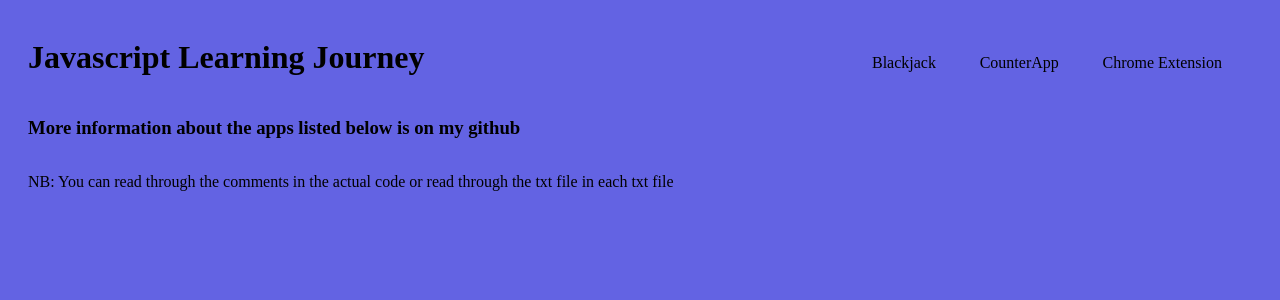
Repository: Siphamandla201/Javascript-Journey
Page: index.html
An editor plug-in stored every save of this project. The page is shown before and after a run of saves, followed by the edit.
The browser window is 1280 px wide. The pictures show the whole page.

Above is the page before, as saved 2023-07-27 16:26:06.

### index.html
<!DOCTYPE html>
<html lang="en">
<head>
    <meta charset="UTF-8">
    <meta name="viewport" content="width=device-width, initial-scale=1.0">
    <link rel="stylesheet" href="style.css">
    <title>Document</title>
</head>
<body>
    <div>
        <h1>
            Javascript Learning Journey
        </h1>
        <ul class="game-links">
            <li><a href="./Blackjack/Blackjack.html">Blackjack</a></li>
            <li><a href="./CounterApp/Counter.html">CounterApp</a></li>
            <li><a href="./Extension/Index.html">Chrome Extension</a></li>
        </ul>
    </div>
    <h3>
        More information about the apps listed below is on my github
    </h3>
    <p>NB: You can read through the comments in the actual code or read through the txt file in each txt file</p>
</body>
</html>

### style.css
body {
    display: flex;
    flex-direction: column;
    padding: 20px;
    padding-top: 10px;
    padding-right: 50px;
    background: rgb(99, 99, 227);
}

div {
    display: flex;
    justify-content: space-between;
}

.game-links {
    display: flex;
    list-style: none;
    justify-content: space-between;
    padding: 0%;
    padding-top: 20px;
    width: 350px;
}

li > a {
    text-decoration: none;
    color: black;
}


li > a:hover {
    text-decoration: none;
    color: rgb(22, 76, 24);
}

After the next 2 saves:
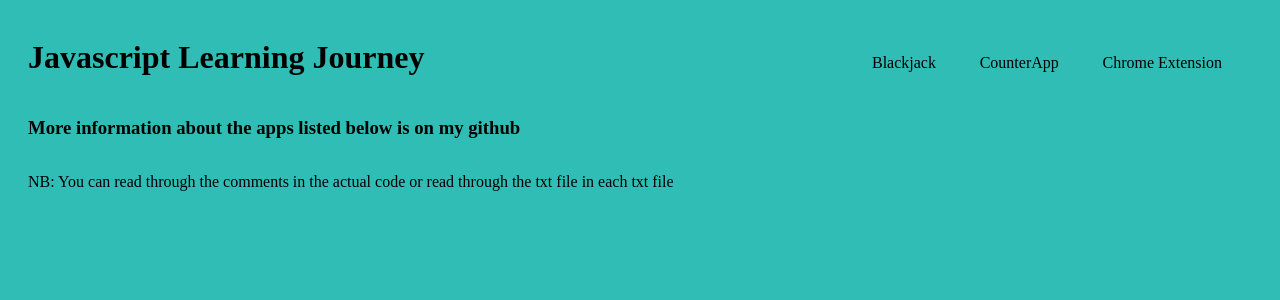
The 2 saves are shown as one change because they came seconds apart.
The last was saved 15 s later.
--- a/style.css
+++ b/style.css
@@ -4,7 +4,7 @@ body {
     padding: 20px;
     padding-top: 10px;
     padding-right: 50px;
-    background: rgb(99, 99, 227);
+    background: rgb(48, 189, 182);
 }
 
 div {
